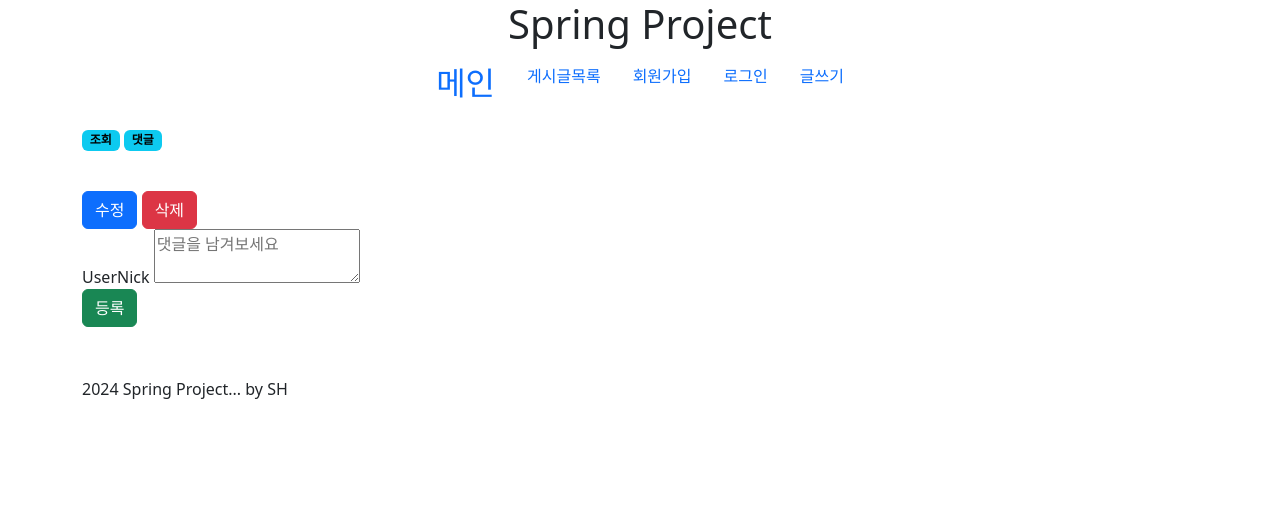
Repository: dtkd19/spring_personal_project
Page: http://localhost/myproject/WEB-INF/views/board/detail.jsp
An editor plug-in stored every save of this project. The page is shown before and after the next save, followed by the edit.
The browser window is 1280 px wide. The pictures show the whole page.
The page is served by Tomcat 9. Nobody is signed in. Other server files are loaded and not shown. The template is opened directly, without the code that normally fills it, so the values that code supplies are empty.

Above is the page before, as saved 2024-11-07 03:55:35.

### myproject/src/main/webapp/WEB-INF/views/board/detail.jsp
<%@ page language="java" contentType="text/html; charset=UTF-8"
    pageEncoding="UTF-8"%>
<%@ taglib uri="http://java.sun.com/jsp/jstl/core" prefix="c"%>

<jsp:include page="../layout/header.jsp" />

	<div class="container-md">

		<div class="dheader">
			<div class="dtitle">
				<h3>${bvo.title }</h3>
			</div>
			<div class="dwriter">
				<span>${bvo.writer } ${bvo.regDate }</span>
				<div class="dinfo">
				<span class="badge text-bg-info"> 조회 ${bvo.readCount }</span>
				<span class="badge text-bg-info"> 댓글 ${bvo.readCount }</span>
				</div>
			</div>
		</div>
		<div class="dcontent" style="padding: 20px">
			${bvo.content }
		</div>
		<a href="/board/modify?bno=${bvo.bno }"><button type="button" class="btn btn-primary">수정</button></a>
		<a href="/board/delete?bno=${bvo.bno }"><button type="button" class="btn btn-danger">삭제</button></a>

		<div class="comment">
			<span>UserNick</span>
			<textarea placeholder="댓글을 남겨보세요"></textarea>
			<div class="cbtn">
			<button type="button" class="btn btn-success">등록</button>
			</div>
		</div>







	</div>

<jsp:include page="../layout/footer.jsp" />

### myproject/src/main/webapp/WEB-INF/views/layout/header.jsp
<%@ page language="java" contentType="text/html; charset=UTF-8"
    pageEncoding="UTF-8"%><%@ taglib uri="http://java.sun.com/jsp/jstl/core" prefix="c"%>
<!DOCTYPE html>
<html>
<head>
<meta charset="UTF-8">
<title>header.jsp</title>
<link href="https://cdn.jsdelivr.net/npm/bootstrap@5.3.3/dist/css/bootstrap.min.css" rel="stylesheet" integrity="sha384-QWTKZyjpPEjISv5WaRU9OFeRpok6YctnYmDr5pNlyT2bRjXh0JMhjY6hW+ALEwIH" crossorigin="anonymous">
<script src="https://cdn.jsdelivr.net/npm/bootstrap@5.3.3/dist/js/bootstrap.bundle.min.js" integrity="sha384-YvpcrYf0tY3lHB60NNkmXc5s9fDVZLESaAA55NDzOxhy9GkcIdslK1eN7N6jIeHz" crossorigin="anonymous"></script>
</head>
<body>
<div class="container-md">
<h1 style="text-align: center;">
	Spring Project
</h1>
<ul class="nav justify-content-center">
  <li class="nav-item">
    <h2><a class="nav-link active" aria-current="page" href="/">메인</a></h2>
  </li>
  <li class="nav-item">
    <a class="nav-link" href="/board/list">게시글목록</a>
  </li>
  <li class="nav-item">
    <a class="nav-link" href="#">회원가입</a>
  </li>
  <li class="nav-item">
    <a class="nav-link" href="#">로그인</a>
  </li>
  <li class="nav-item">
    <a class="nav-link" href="/board/register">글쓰기</a>
  </li>
</ul>




</div>
</body>
</html>

### myproject/src/main/webapp/WEB-INF/views/layout/footer.jsp
<%@ page language="java" contentType="text/html; charset=UTF-8"
    pageEncoding="UTF-8"%>
<%@ taglib uri="http://java.sun.com/jsp/jstl/core" prefix="c"%>

	<div class="container-md">
		<div style= "vertical-align: middle; margin-top: 50px" >
		2024 Spring Project... by SH
		</div>
	</div>
</body>
</html>

After the next save:
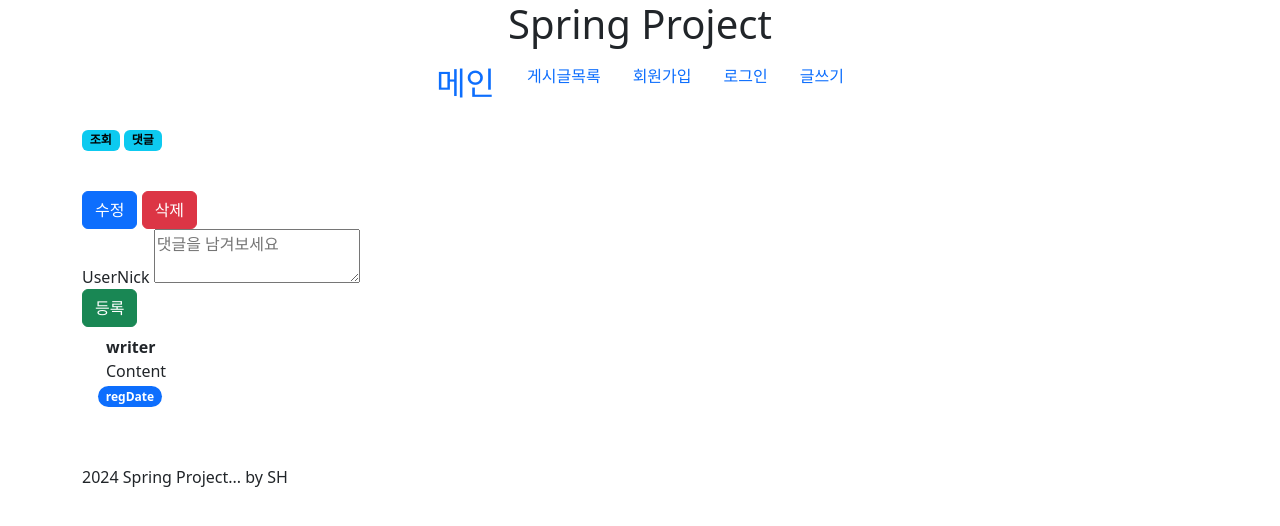
Saved 7 s later.
--- a/myproject/src/main/webapp/WEB-INF/views/board/detail.jsp
+++ b/myproject/src/main/webapp/WEB-INF/views/board/detail.jsp
@@ -32,6 +32,16 @@
 			</div>
 		</div>
 
+		<ul class="list-group list-group-flush" id="cmtListArea">
+	 	 <li class="list-group-item">
+	  		<div class="ms-2 me-auto">
+	  			 <div class="fw-bold">writer</div>
+		     	 Content
+	  		</div>
+		    <span class="badge text-bg-primary rounded-pill">regDate</span>
+	 	 </li>
+		</ul>
+
 
 
 
